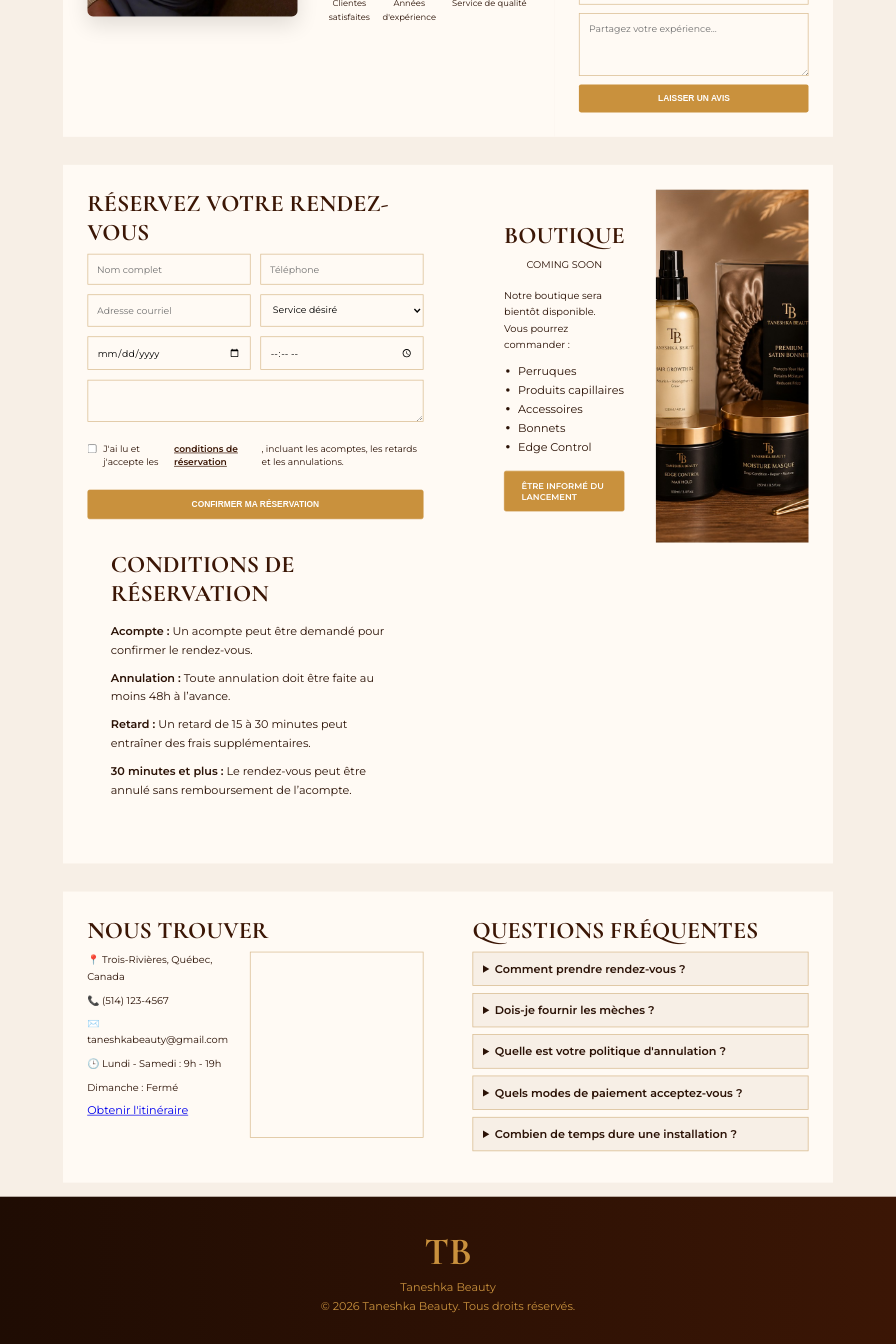
Repository: kngnepi/Taneshka-Beauty-House
Page: index.html
The author's editor kept a copy of each file at every save. The page is drawn from the files as they stood at one save, then again after the next save.
The browser window is 1280 px wide. The pictures show the part of the page from y = 2582 to 4502 px (the page is 4502 px tall before and 4079 px after), at 70% of full size.
Pictures or frames that could not be fetched are drawn as grey boxes.

Above is the page before, as saved 2026-07-05 19:54:50.

After the next save:
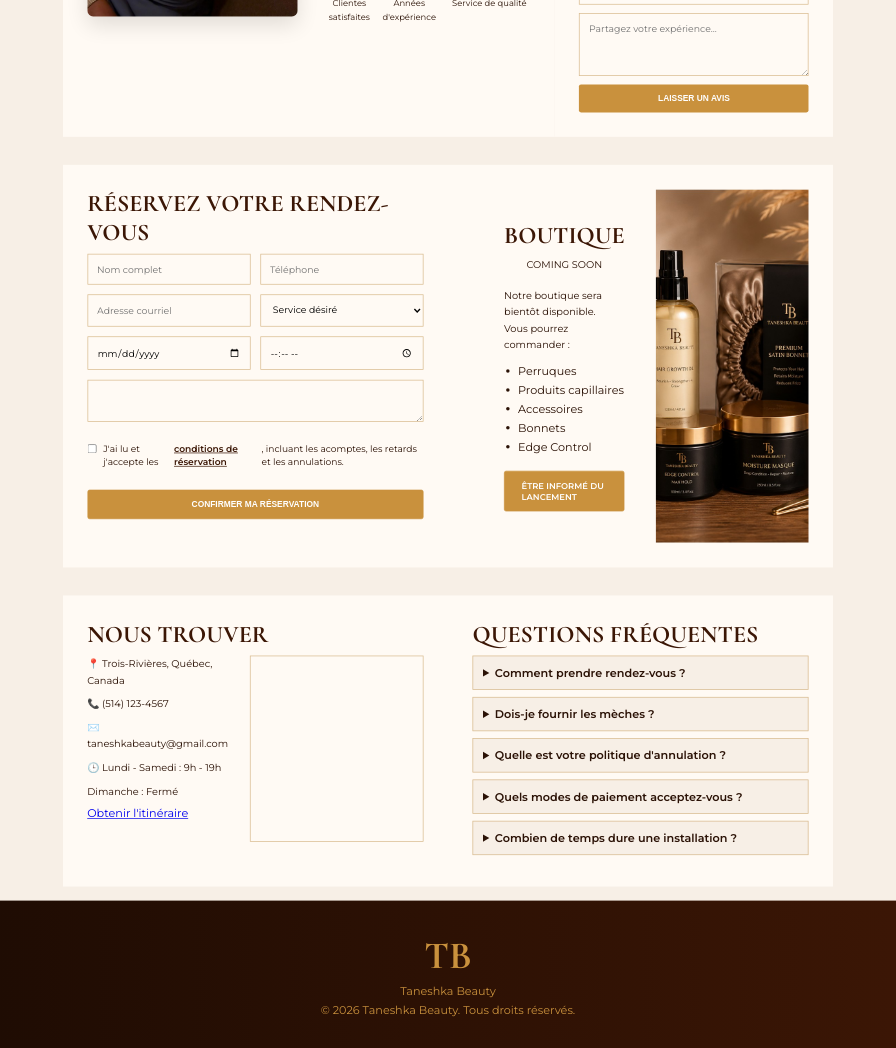
Saved 2 min 34 s later.
--- a/index.html
+++ b/index.html
@@ -249,14 +249,7 @@
     </button>
 
 </form>
-<section id="booking-policy" class="booking-policy">
-  <h2>Conditions de réservation</h2>
-
-  <p><strong>Acompte :</strong> Un acompte peut être demandé pour confirmer le rendez-vous.</p>
-  <p><strong>Annulation :</strong> Toute annulation doit être faite au moins 48h à l’avance.</p>
-  <p><strong>Retard :</strong> Un retard de 15 à 30 minutes peut entraîner des frais supplémentaires.</p>
-  <p><strong>30 minutes et plus :</strong> Le rendez-vous peut être annulé sans remboursement de l’acompte.</p>
-</section>
+
   </div>
 
   <div id="products" class="products-section">
